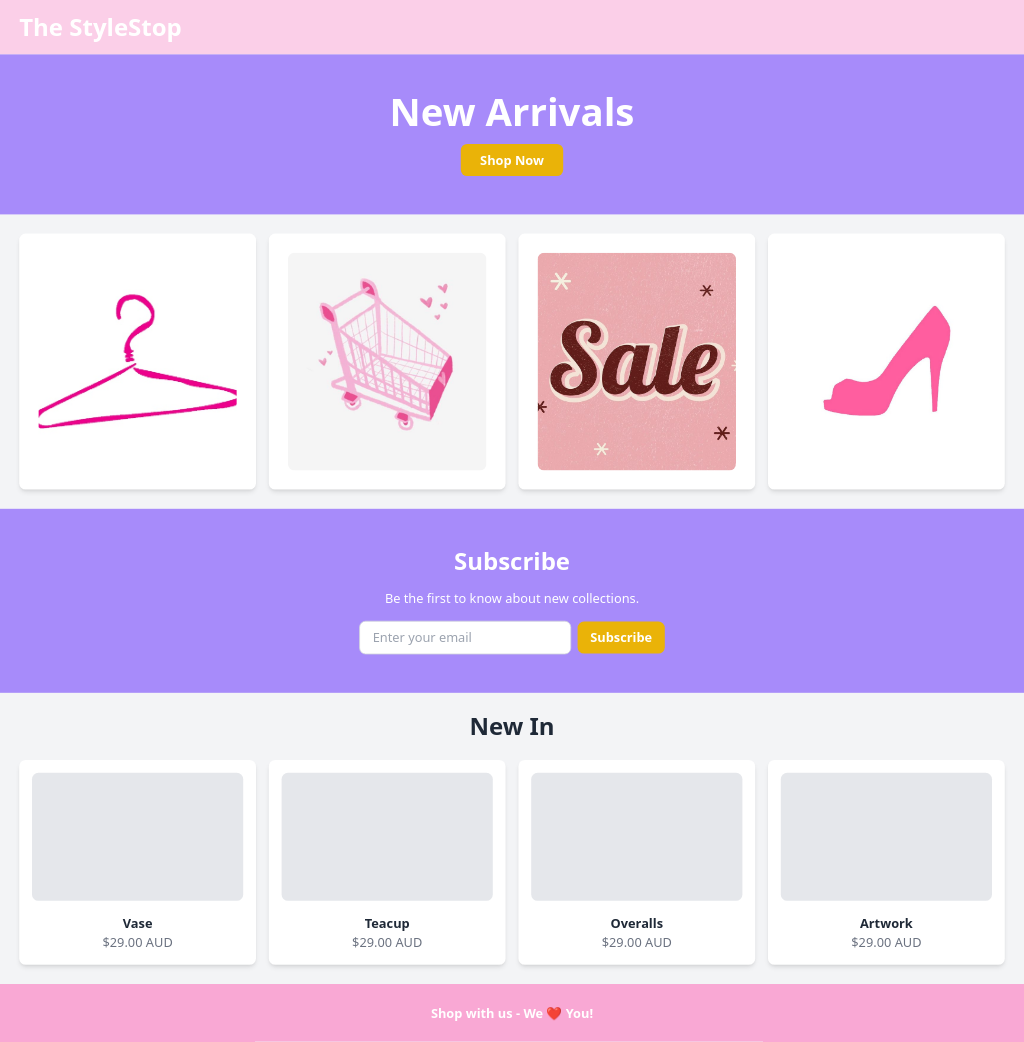
Repository: prathyushaa5/BuyYours
Page: / (app in Frontend/)
These files come from the project's save history. The page is drawn as it stood at one moment and after the next save; the edit follows.
The browser window is 1280 px wide. The pictures show the whole page, at 80% of full size.
The project was rebuilt for these pictures with package versions that can differ from the ones it lists, and the page was loaded fresh each time. Also part of the build but not shown: Frontend/vite.config.js, Frontend/src/components/Login.jsx, Frontend/src/components/Signup.jsx, Frontend/src/components/Home.jsx.

Above is the page before, as saved 2025-02-13 17:43:27.

### Frontend/src/App.jsx
import { BrowserRouter as Router, Routes, Route } from "react-router-dom";
import { useState } from "react";
import Main from "./components/Main";
import Login from "./components/Login";
import Signup from "./components/Signup";
import Home from "./components/Home";

export default function App() {
  const [token, setToken] = useState(null);

  const handleLogin = (userToken) => {
    setToken(userToken);
  };

  return (
    <Router>
      <Routes>
        {/* Show Main page first */}
        <Route path="/" element={<Main />} />

        {/* Login Page */}
        <Route path="/login" element={<Login onLogin={handleLogin} />} />

        {/* Signup Page */}
        <Route path="/signup" element={<Signup />} />

        {/* Home Page (Protected) */}
        <Route path="/home" element={token ? <Home /> : <Login onLogin={handleLogin} />} />
      </Routes>
    </Router>
  );
}

### Frontend/src/components/Main.jsx
import image1 from "../assets/cards/hanger.jpeg";
import image2 from "../assets/cards/pink.jpeg";
import image3 from "../assets/cards/sale.jpeg";
import image4 from "../assets/cards/shoes.jpeg";
import { useNavigate } from "react-router-dom";
export default function MainPage() {
  const navigate = useNavigate();
  return (
    <div className="bg-gray-100 min-h-screen text-gray-800">
      {/* Navbar */}
      <nav className="bg-pink-200 py-4 px-6 flex justify-between items-center">
        <h1 className="text-3xl font-bold text-white">The StyleStop</h1>
      </nav>

      {/* Hero Section */}
      <section className="flex flex-col items-center text-center py-12 bg-violet-400">
        <h2 className="text-5xl font-extrabold text-white mb-4">New Arrivals</h2>
        <button className="bg-yellow-500 px-6 py-2 text-white font-bold rounded-lg hover:bg-yellow-600" onClick={()=>navigate("/login")}>Shop Now</button>
      </section>

      {/* Categories (Replaced with Images) */}
      <div className="grid grid-cols-2 md:grid-cols-4 gap-4 p-6">
        {[image1, image2, image3, image4].map((image, index) => (
          <div key={index} className="bg-white p-6 text-center rounded-lg shadow-md h-80">
            <img src={image} alt={`Category ${index + 1}`} className="w-full h-full object-cover rounded-lg" />
          </div>
        ))}
      </div>

      {/* Subscribe Section */}
      <section className="bg-violet-400 text-center py-12">
        <h3 className="text-3xl font-extrabold text-white mb-4">Subscribe</h3>
        <p className="text-white">Be the first to know about new collections.</p>
        <input type="email" placeholder="Enter your email" className="mt-4 px-4 py-2 rounded-lg border border-gray-300" />
        <button className="ml-2 bg-yellow-500 px-4 py-2 text-white font-bold rounded-lg hover:bg-yellow-600">Subscribe</button>
      </section>

      {/* Products */}
      <section className="p-6">
        <h3 className="text-3xl font-bold text-center mb-6">New In</h3>
        <div className="grid grid-cols-2 md:grid-cols-4 gap-4">
          {["Vase", "Teacup", "Overalls", "Artwork"].map((product, index) => (
            <div key={index} className="bg-white p-4 rounded-lg shadow-md text-center">
              <div className="bg-gray-200 h-40 rounded-lg mb-4"></div>
              <p className="font-bold">{product}</p>
              <p className="text-gray-500">$29.00 AUD</p>
            </div>
          ))}
        </div>
      </section>

      {/* Footer */}
      <footer className="bg-pink-300 text-center py-6 text-white font-bold">
        Shop with us - We ❤️ You!
      </footer>
    </div>
  );
}

Loaded but not shown: Frontend/index.html (common file); Frontend/src/main.jsx (common file); Frontend/src/index.css (common file); Frontend/tailwind.config.js (common file)

After the next save:
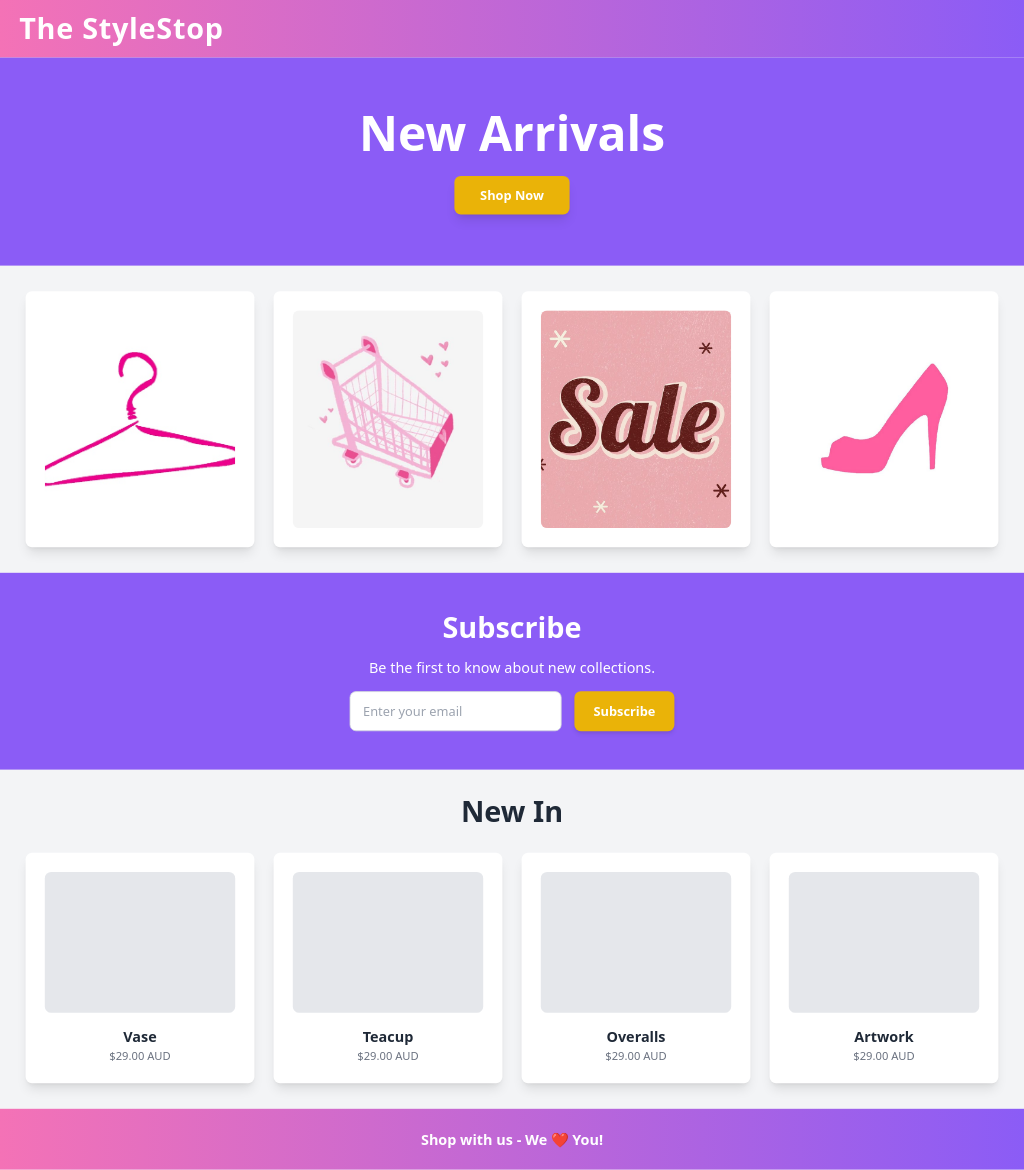
Saved 107 s later.
--- a/Frontend/src/components/Main.jsx
+++ b/Frontend/src/components/Main.jsx
@@ -3,54 +3,66 @@ import image2 from "../assets/cards/pink.jpeg";
 import image3 from "../assets/cards/sale.jpeg";
 import image4 from "../assets/cards/shoes.jpeg";
 import { useNavigate } from "react-router-dom";
+
 export default function MainPage() {
   const navigate = useNavigate();
   return (
     <div className="bg-gray-100 min-h-screen text-gray-800">
       {/* Navbar */}
-      <nav className="bg-pink-200 py-4 px-6 flex justify-between items-center">
-        <h1 className="text-3xl font-bold text-white">The StyleStop</h1>
+      <nav className="bg-gradient-to-r from-pink-400 to-violet-500 py-4 px-6 flex justify-between items-center shadow-md">
+        <h1 className="text-4xl font-extrabold text-white tracking-wide">The StyleStop</h1>
       </nav>
 
       {/* Hero Section */}
-      <section className="flex flex-col items-center text-center py-12 bg-violet-400">
-        <h2 className="text-5xl font-extrabold text-white mb-4">New Arrivals</h2>
-        <button className="bg-yellow-500 px-6 py-2 text-white font-bold rounded-lg hover:bg-yellow-600" onClick={()=>navigate("/login")}>Shop Now</button>
+      <section className="flex flex-col items-center text-center py-16 bg-violet-500 text-white">
+        <h2 className="text-6xl font-extrabold mb-6">New Arrivals</h2>
+        <button
+          className="bg-yellow-500 px-8 py-3 text-white font-bold rounded-lg shadow-lg transition-transform transform hover:scale-105 hover:bg-yellow-600"
+          onClick={() => navigate("/login")}
+        >
+          Shop Now
+        </button>
       </section>
 
       {/* Categories (Replaced with Images) */}
-      <div className="grid grid-cols-2 md:grid-cols-4 gap-4 p-6">
+      <div className="grid grid-cols-2 md:grid-cols-4 gap-6 p-8">
         {[image1, image2, image3, image4].map((image, index) => (
-          <div key={index} className="bg-white p-6 text-center rounded-lg shadow-md h-80">
+          <div key={index} className="bg-white p-6 text-center rounded-lg shadow-lg h-80 transition-transform transform hover:scale-105">
             <img src={image} alt={`Category ${index + 1}`} className="w-full h-full object-cover rounded-lg" />
           </div>
         ))}
       </div>
 
       {/* Subscribe Section */}
-      <section className="bg-violet-400 text-center py-12">
-        <h3 className="text-3xl font-extrabold text-white mb-4">Subscribe</h3>
-        <p className="text-white">Be the first to know about new collections.</p>
-        <input type="email" placeholder="Enter your email" className="mt-4 px-4 py-2 rounded-lg border border-gray-300" />
-        <button className="ml-2 bg-yellow-500 px-4 py-2 text-white font-bold rounded-lg hover:bg-yellow-600">Subscribe</button>
+      <section className="bg-violet-500 text-center py-12 text-white">
+        <h3 className="text-4xl font-extrabold mb-4">Subscribe</h3>
+        <p className="mb-4 text-lg">Be the first to know about new collections.</p>
+        <div className="flex justify-center">
+          <input
+            type="email"
+            placeholder="Enter your email"
+            className="px-4 py-3 rounded-lg border border-gray-300 focus:ring-2 focus:ring-yellow-500 outline-none"
+          />
+          <button className="ml-4 bg-yellow-500 px-6 py-3 text-white font-bold rounded-lg shadow-md transition-transform transform hover:scale-105 hover:bg-yellow-600">Subscribe</button>
+        </div>
       </section>
 
       {/* Products */}
-      <section className="p-6">
-        <h3 className="text-3xl font-bold text-center mb-6">New In</h3>
-        <div className="grid grid-cols-2 md:grid-cols-4 gap-4">
+      <section className="p-8">
+        <h3 className="text-4xl font-bold text-center mb-8">New In</h3>
+        <div className="grid grid-cols-2 md:grid-cols-4 gap-6">
           {["Vase", "Teacup", "Overalls", "Artwork"].map((product, index) => (
-            <div key={index} className="bg-white p-4 rounded-lg shadow-md text-center">
-              <div className="bg-gray-200 h-40 rounded-lg mb-4"></div>
-              <p className="font-bold">{product}</p>
-              <p className="text-gray-500">$29.00 AUD</p>
+            <div key={index} className="bg-white p-6 rounded-lg shadow-lg text-center transition-transform transform hover:scale-105">
+              <div className="bg-gray-200 h-44 rounded-lg mb-4"></div>
+              <p className="font-bold text-lg">{product}</p>
+              <p className="text-gray-500 text-sm">$29.00 AUD</p>
             </div>
           ))}
         </div>
       </section>
 
       {/* Footer */}
-      <footer className="bg-pink-300 text-center py-6 text-white font-bold">
+      <footer className="bg-gradient-to-r from-pink-400 to-violet-500 text-center py-6 text-white font-bold text-lg">
         Shop with us - We ❤️ You!
       </footer>
     </div>
